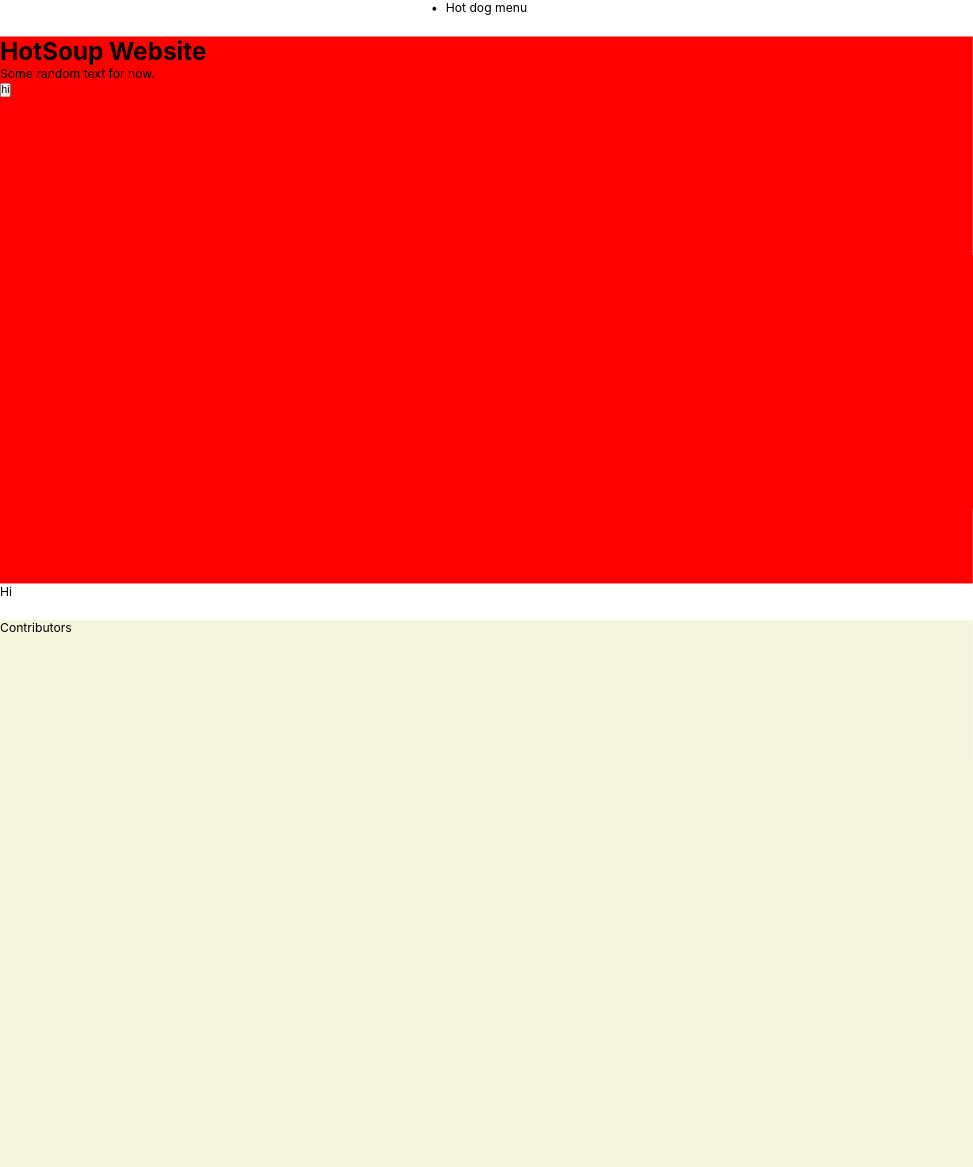
Repository: jasminepvo/WebApp-FrontEnd
Page: / (app in web-app/)
The author's editor kept a copy of each file at every save. The page is drawn from the files as they stood at one save, then again after a run of saves.
The browser window is 1280 px wide. The pictures show the whole page, at 76% of full size.
The project was rebuilt for these pictures with package versions that can differ from the ones it lists, and the page was loaded fresh each time. Also part of the build but not shown: web-app/src/App.css.

Above is the page before, as saved 2022-08-23 11:28:00.

After the next 2 saves:
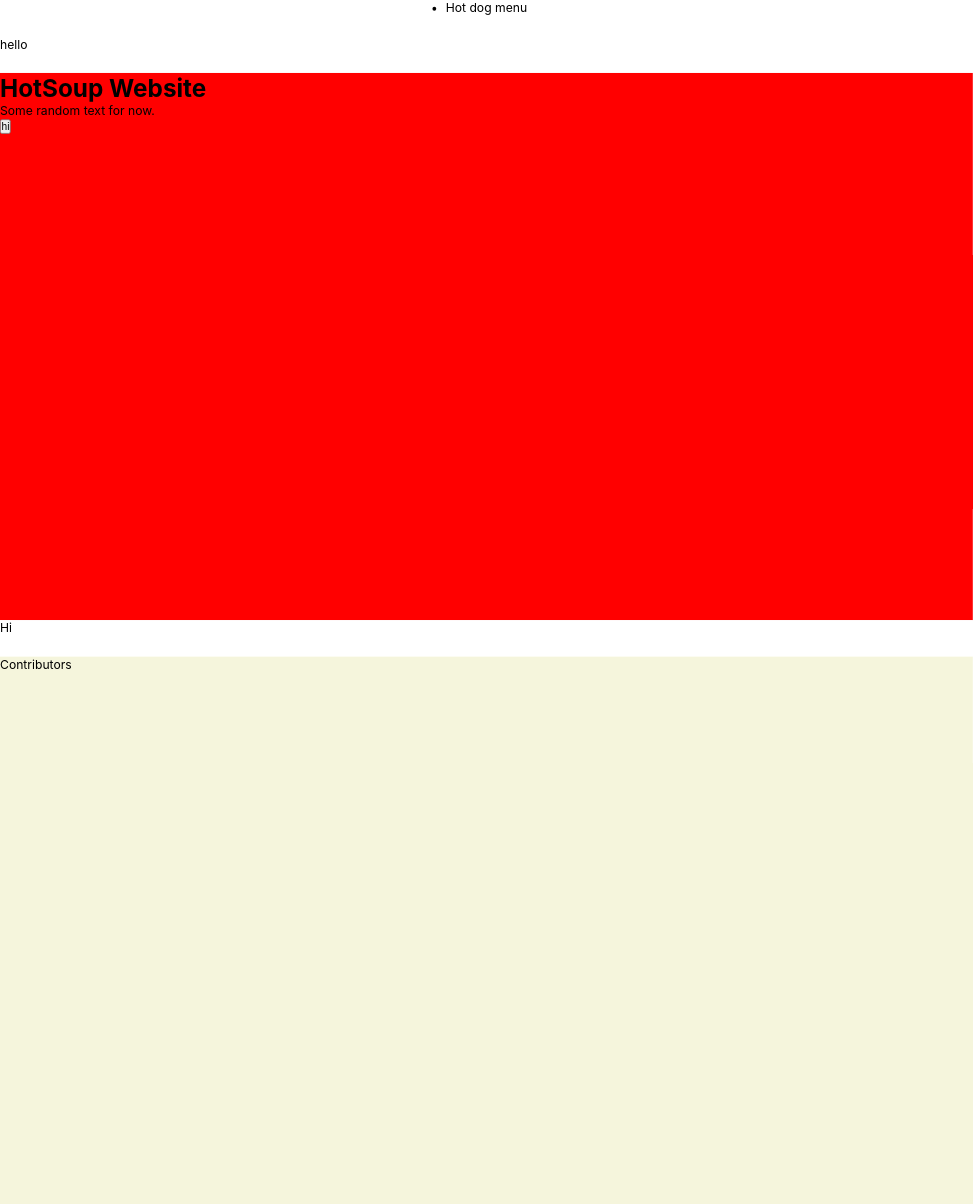
The 2 saves are shown as one change because they came seconds apart.
The last was saved 8 s later.
--- a/web-app/src/Components/About.js
+++ b/web-app/src/Components/About.js
@@ -9,7 +9,7 @@
 const About = () => {
     return (
     <>
-
+    <header> hello </header>
     <div className = 'body'>
         <h1>HotSoup Website</h1>
         <p> Some random text for now. </p>

After the save that followed:
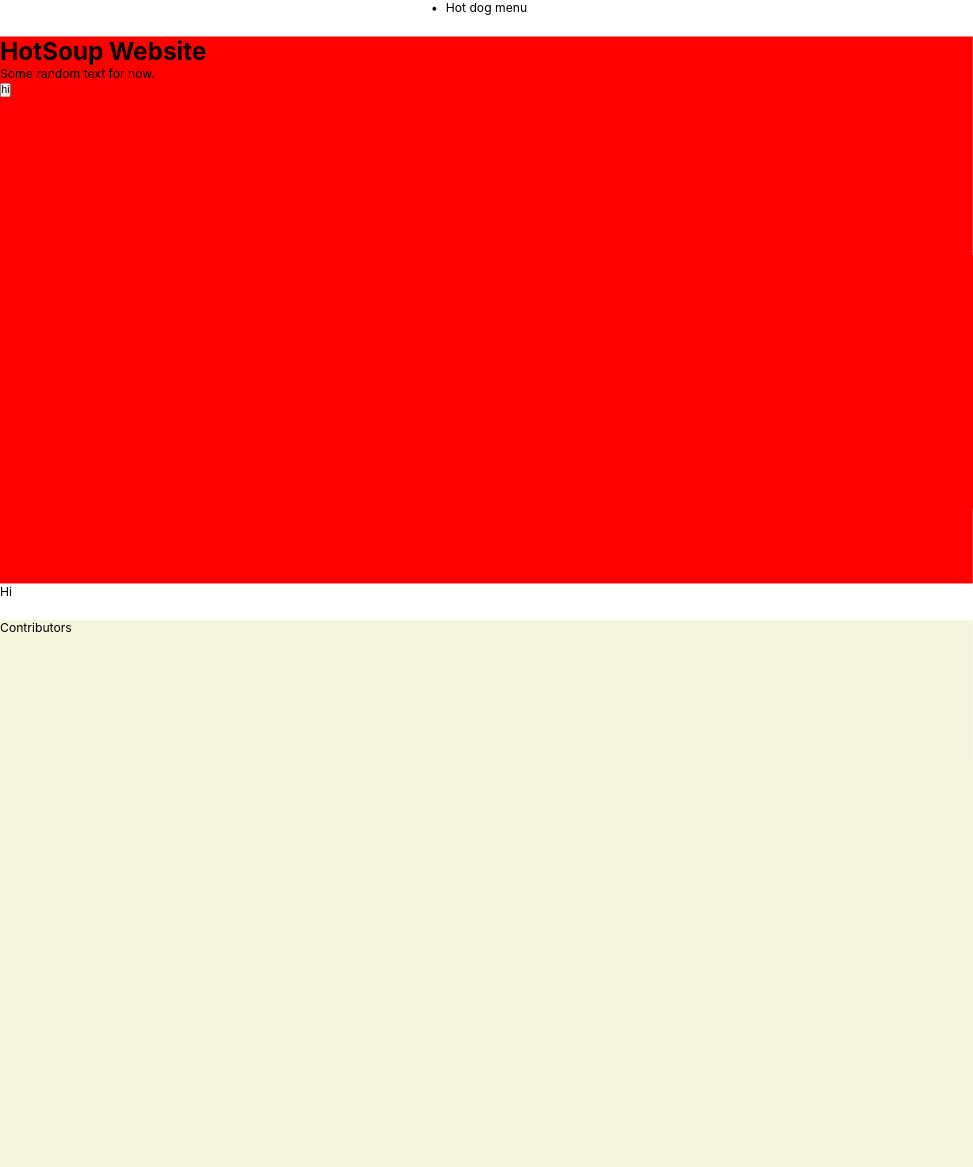
Saved 12 s later.
--- a/web-app/src/Components/About.js
+++ b/web-app/src/Components/About.js
@@ -9,7 +9,6 @@
 const About = () => {
     return (
     <>
-    <header> hello </header>
     <div className = 'body'>
         <h1>HotSoup Website</h1>
         <p> Some random text for now. </p>
